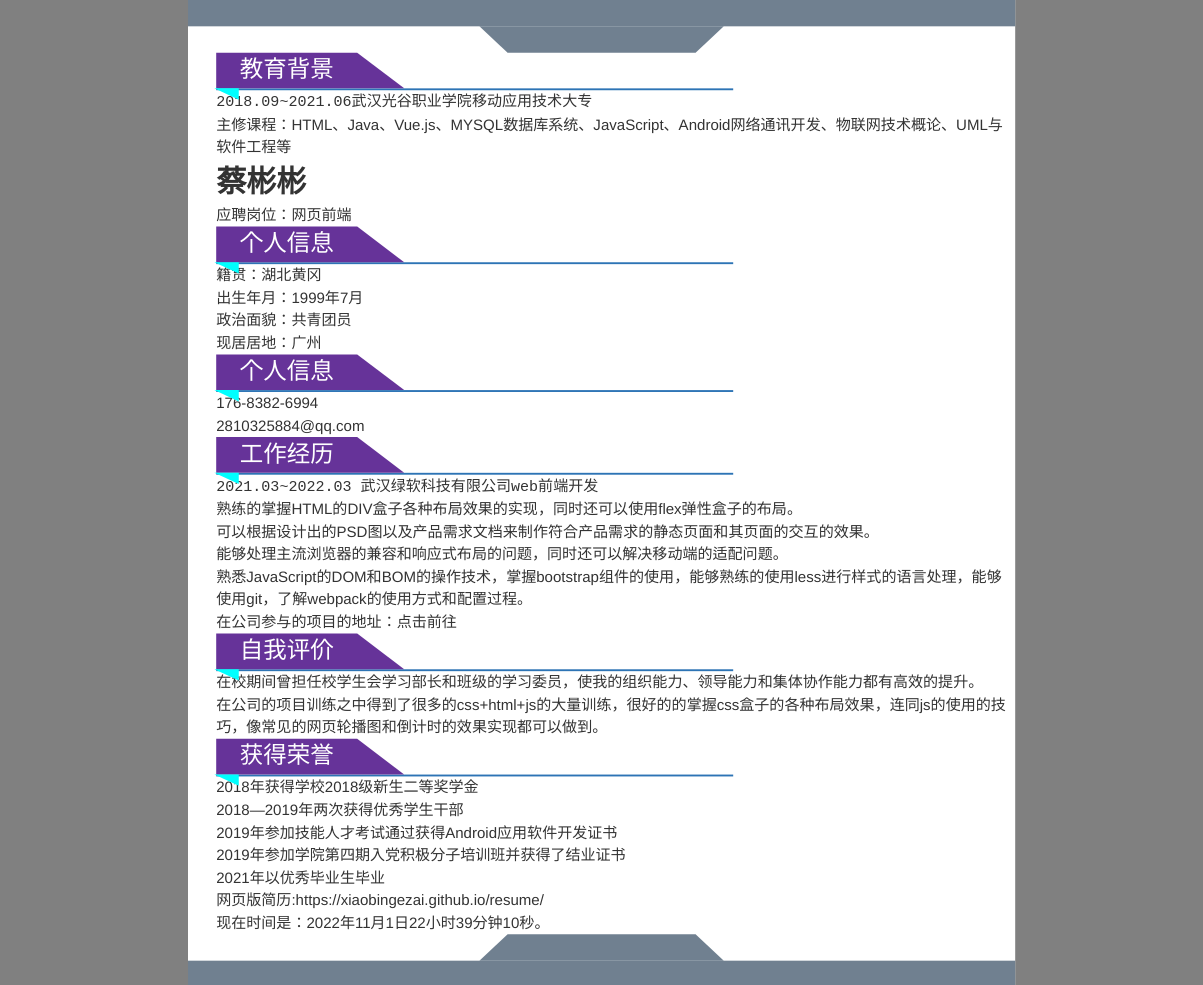
Repository: xiaobingezai/resume
Page: index.html
An editor plug-in stored every save of this project. The page is shown before and after the next save, followed by the edit.
The browser window is 1280 px wide. The pictures show the whole page, at 94% of full size.

Above is the page before, as saved 2022-11-02 22:45:04.

After the next save:
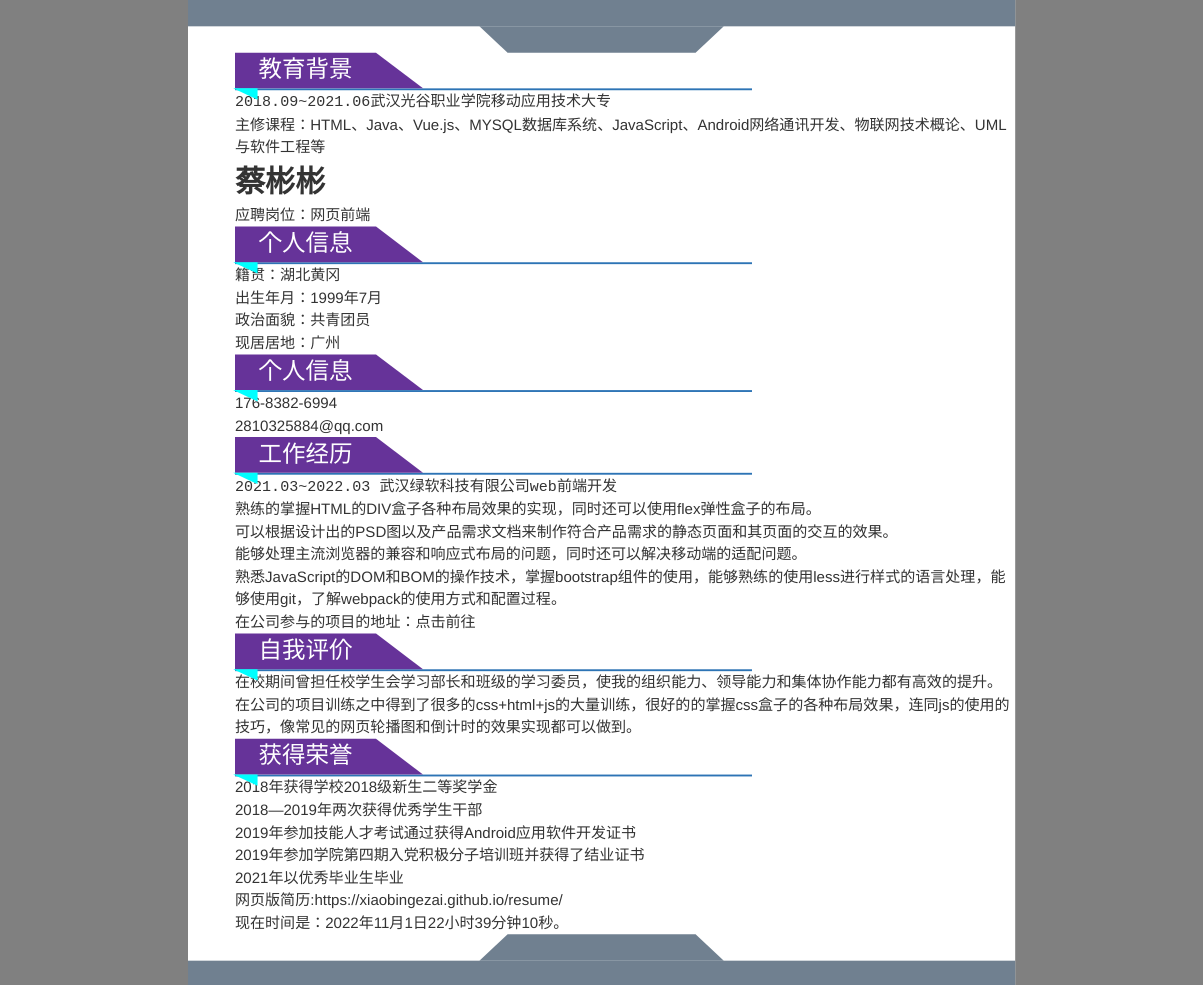
Saved 8 s later.
--- a/css/index.css
+++ b/css/index.css
@@ -146,5 +146,5 @@ body{
 
 /* head的区域 */
 #zhengTi #head {
-    margin-left: 30px;
+    margin-left: 50px;
 }
